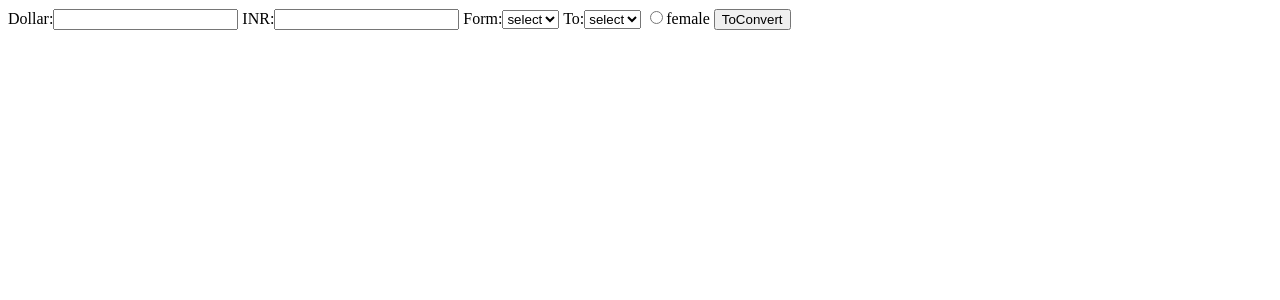
Repository: ravikumar0303/Advance-Java
Page: Converter/src/main/webapp/index.html
These files come from the project's save history. The page is drawn as it stood at one moment and after the next save; the edit follows.
The browser window is 1280 px wide. The pictures show the whole page.

Above is the page before, as saved 2023-06-22 02:57:21.

After the next save:
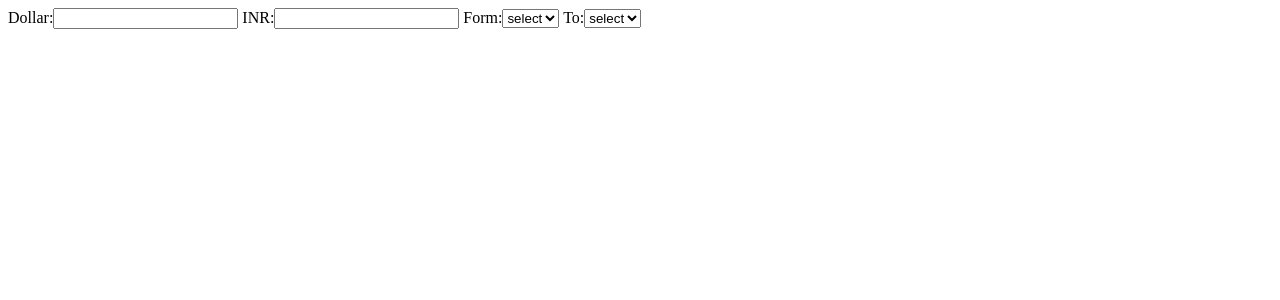
Saved 3 min 51 s later.
--- a/Converter/src/main/webapp/index.html
+++ b/Converter/src/main/webapp/index.html
@@ -23,7 +23,7 @@
 			<option value="convert">Euro</option>
 		</select>
 
-		<!--<input type="radio" value="btn" name="gender">male</input>-->
+		<!--<input type="radio" value="btn" name="gender">male</input>!--
 		<input type="radio" value="btn" name="gender">female</input>
 		 <button type="submit" name="con" id="c1" value="convert">ToConvert</button>
 </body>
